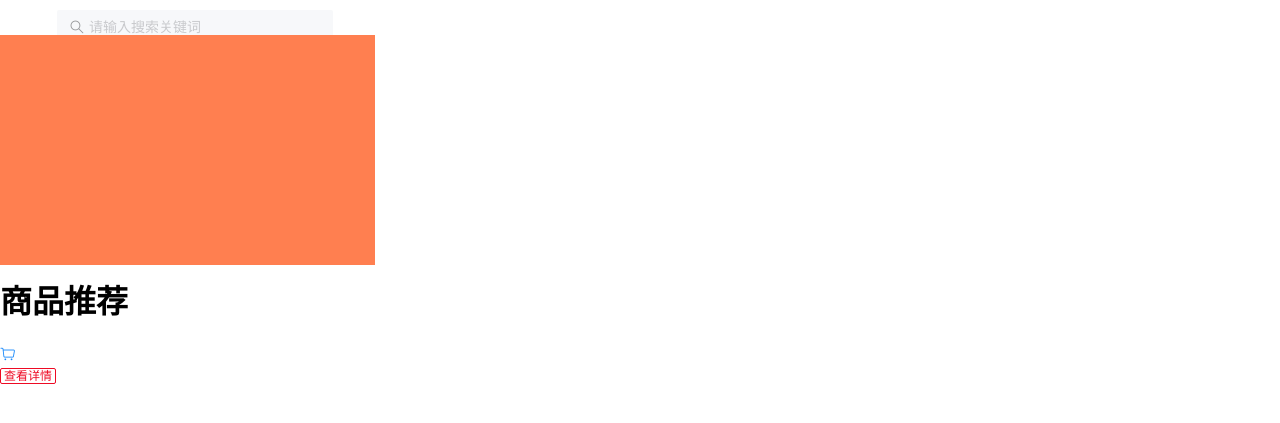
Repository: liyang777777/shangcheng
Page: /
These files come from the project's save history. The page is drawn as it stood at one moment and after the next save; the edit follows.
The browser window is 1280 px wide. The pictures show the whole page.
The page's requests for data from a server got no answer. The project was rebuilt for these pictures with package versions that can differ from the ones it lists, and the page was loaded fresh each time. No one was signed in, and anything a server would have sent is missing. Also part of the build but not shown: vue.config.js. Imported but missing from the stored project, and not drawn on this page: src/views/About.

Above is the page before, as saved 2020-06-23 11:35:54.

### src/main.js
import Vue from 'vue';
import App from './App.vue';
import router from './router';
import store from './store';
import Vant from 'vant';
import 'vant/lib/index.css';
import api from '../src/http/api'
import { Form } from 'vant';
import { Search } from 'vant';
import { Swipe, SwipeItem } from 'vant';
import { Image as VanImage } from 'vant';
import { Card } from 'vant';
import { Icon } from 'vant';

Vue.config.productionTip = false
Vue.use(Vant);
Vue.prototype.$api = api
Vue.use(Form);
Vue.use(Search);
Vue.use(Swipe);
Vue.use(SwipeItem);
Vue.use(VanImage);
Vue.use(Card);
Vue.use(Icon);

new Vue({
  router,
  store,
  render: h => h(App)
}).$mount('#app')

### src/App.vue
<template>
  <div id="app">

    <router-view/>
  </div>
</template>

<style lang="scss">

</style>

### src/router/index.js
import Vue from 'vue'
import VueRouter from 'vue-router'
import Home from '../views/Home.vue'


Vue.use(VueRouter)

  const routes = [
  {
    path: '/',
    name: 'Home',
    component: Home
  },
  {
    path: '/about',
    name: 'About',

    component: () => import('../views/About')
  },
  {
    path: '/details',
    name: 'Details',

    component: () => import('../views/details/Details')
  },
  {
    path: '/login',
    name: 'Login',

    component: () => import('../views/login/Login')
  }
]

const router = new VueRouter({
  mode: 'history',
  base: process.env.BASE_URL,
  routes
})

export default router

### src/store/index.js
import Vue from 'vue'
import Vuex from 'vuex'

Vue.use(Vuex)

export default new Vuex.Store({
  state: {
    slides: [],
    category: [],
    recommend: []
  },
  mutations: {
    setSlides(state,data) {
      state.slides = data
    },
    setCategory(state,data) {
      state.category = data
    },
    setRecommend(state,data) {
      state.recommend = data
    }
  },
  actions: {
  },
  modules: {
  }
})

### src/http/api.js
import service from './index'

export default {
    // login(params) {
    //     return service.post('/user/login',params)
    // },
    // 获取首页数据
    getDataHome() {
        return service.get('/recommend')
    },
    // 搜索
    getDataSearch(value) {
        return service.get('/search')
    },
    // 分类查询
    getDataQuery(id) {
        return service.get('/classification?mallSubId=${id}')
    },
    // 查询获取购物车数据
    getDataCart() {
        return service.get('/getCard')
    },
    // 单个商品详情
    getDataSingle() {
        return service.get('/goods/one?id=${id}')
    },
    //  查询用户订单数量
    getDataUser() {
        return service.get('/myOrder/orderNum')
    },
    //  获取登录注册默认验证码
    getDataCode() {
        return service.get('/v1/verify')
    },
    // 查询用户收货地址
    getDataCustomer() {
        return service.get('/getAddress')
    },
    // 查询默认收货地址
    getDataDefault() {
        return service.get('/getDefaultAddress')
    },
    // 查询我的收藏
    getDataCollection() {
        return service.get('/collection/list')
    },
    // 订单查询
    getDataOrquery() {
        return service.get('/getMyOrder')
    },
    // 查询已评价
    getDataEvaluated() {
        return service.get('/alreadyEvaluated')
    },
    // 查询未评价
    getDataNotEvaluated() {
        return service.get('/tobeEvaluated')
    },
    // 购物车加减商品
    getEditCart(count, id, mallPrice) {
        return service.post('/editCart', {
            count,
            id,
            mallPrice
        })
    },
    // 购物车商品删除
    getDeleteShop(id) {
        return service.post('/deleteShop', {
            id
        })
    },
    // 购物车支付页面
    getder(address, tel, orderld, totalPrice, idDirect, count) {
        return service.post('/order', {
            address,
            tel,
            orderld,
            totalPrice,
            idDirect,
            count
        })
    },
    // 收藏单个商品
    getCollection(goods) {
        return service.post('/collection', {
            goods
        })
    },
    // 取消收藏
    getCancelCollection(id) {
        return service.post('/cancelCollection', {
            id
        })
    },
    // 查询商品是否已收藏
    getIsCollection(id) {
        return service.post('/isCollection', {
            id
        })
    },
    // 加入购物车
    getAddShop(id) {
        return service.post('/addShop', {
            id
        })
    },
// 退出登录
    getLoginOut() {
        return service.post('/loginOut')
    },
    // 获取用户信息
    getQueryUser() {
        return service.post('/queryUser')
    },
    // 修改保存用户信息
    getSaveUser() {
        return service.post('/saveUser', {
            year,
            month,
            day,
            id,
            nickname
        })
    },
    // 商品评论
    getGoodsOne() {
        return service.post('/goodsOne/comment', {
            id,
            rate,
            content,
            anonymous,
            _id,
            order_id,
            image
        })
    },
    // 设置默认收货地址
    getSetDefaultAddress() {
        return service.post('/setDefaultAddress',{
            id
        })
    },
    // 增加收货地址
    getName() {
        return service.post('/address', {
            name,
            tel,
            address,
            isDefault,
            province,
            city,
            county,
            addressDetail,
            areaCode,
            id
        })
    },
    // 删除地址
    getDeleteAddress() {
        return service.post('/deleteAddress',{
            id
        })
    },
    // 注册
    getRegister() {
        return service.post('/register',{
            nickname,
            password,
            verify
        })
    },
    // 登录
    getLogin() {
        return service.post('/login',{
            nickname,
            password,
            verify
        })
    },
    // 查询单条评论
    getEluateOne() {
        return service.post('/evaluateOne',{
            id,
            _id
        })
    }
}

### src/views/Home.vue
<template>
  <div class="All">
    <div>
      <Nav></Nav>
    </div>
    <div>
      <Roc></Roc>
    </div>
     <div>
      <Mip></Mip>
    </div>
     <div>
      <Prre></Prre>
    </div>
  </div>
</template>

<script>
import axios from "axios";
import Nav from "../components/Nav";
import Roc from "../components/Roc";
import Mip from "../components/Mip"
import Prre from "../components/Prre"
export default {
  name: "",
  props: {},
  components: {
    Nav,
    Roc,
    Mip,
    Prre
  },
  data() {
    return {};
  },
  methods: {},
  mounted() {
    this.$api
      .getDataHome()
      .then(res => {
        this.$store.commit("setSlides", res.data.slides);
        this.$store.commit("setCategory",res.data.category)
        this.$store.commit("setRecommend",res.data.recommend)
        console.log(res.data.recommend);
      })
      .catch(err => {
        console.log(err);
      });
  },
  watch: {},
  computed: {}
};
</script>

<style scoped lang='scss'>

</style>

### src/http/index.js
import axios from 'axios'
const service = axios.create({
    baseURL: '/api',
    timeout: 10000
})


service.interceptors.response.use( res => {
    return res.data
})


export default service

### src/components/Nav.vue
<template>
  <!-- 顶部 -->
  <div class="content">
    <div class="box2">
      <van-search v-model="value" placeholder="请输入搜索关键词" />
    </div>
  </div>
</template>

<script>
import { Toast } from "vant";
export default {
  name: "",
  props: {},
  components: {},
  data() {
    return {
      value: ""
    };
  },
  methods: {},
  mounted() {},
  watch: {},
  computed: {}
};
</script>

<style scoped lang='scss'>
.box2 {
  width: 300px;
  height: 25px;
  margin-left: 45px;
  font-size: 18px;
}
</style>

### src/components/Roc.vue
<template>
<!-- 轮播图 -->
  <div class="box">
    <van-swipe :autoplay="3000">
      <van-swipe-item v-for="(item, index) in slides" :key="index">
        <img v-lazy="item.image" class="img">
      </van-swipe-item>
    </van-swipe>
  </div>
</template>

<script>
import Vue from "vue";
import { Lazyload } from "vant";
Vue.use(Lazyload);

export default {
  name: "",
  props: {

  },
  components: {},
  data() {
    return {

    };
  },
  methods: {},
  mounted() {},
  watch: {},
  computed: {
    slides() {
      return this.$store.state.slides;
    }
  }
};
</script>

<style scoped lang='scss'>
.img {
    width: 375px;
    height: 200px;
    margin-top: 30px;
}
</style>

### src/components/Mip.vue
<template>
  <!-- 中间部分 -->
  <div>
    <div class="box">
      <div v-for="(item,index) in category" :key="index" class="box1">
        <img :src="item.image" class="img" />
        <div class="name">{{item.mallCategoryName}}</div>
      </div>
      <div>
        <img src="https://images.baixingliangfan.cn/advertesPicture/20180404/20180404085441_850.gif" class="img1">
      </div>
    </div>
  </div>
</template>

<script>
export default {
  name: "",
  props: {},
  components: {},
  data() {
    return {};
  },
  methods: {},
  mounted() {},
  watch: {},
  computed: {
    category() {
      return this.$store.state.category;
    }
  }
};
</script>

<style scoped lang='scss'>
.box {
  width: 375px;
  height: 230px;
  display: flex;
  position: relative;
  background: coral;
  top: 10px;
}
.img {
  width: 50px;
  height: 50px;
  margin-left: 20px;
  margin-top: 20px;
}
.name {
  margin-left: 10px;
}
.img1 {
  width: 300px;
  height: 50px;
  margin-top: 120px;
  margin-left: -300px;
}
</style>

### src/components/Prre.vue
<template>
  <!-- 商品推荐 -->
  <div>
    <div>
      <h1>商品推荐</h1>
    </div>
    <div>
      <div v-for="(item,index) in recommend" :key="index">
        <div>
          <img :src="item.image" class="img" />
        </div>
        <div>{{item.goodsName}}</div>
        <div>{{item.mallPrice}}</div>
        <div>{{item.price}}</div>
      </div>
    </div>
    <div>
      <van-icon name="cart-o" color="#1989fa" />
    </div>
    <div>
      <van-tag plain type="danger">查看详情</van-tag>
    </div>
  </div>
</template>

<script>
export default {
  name: "",
  props: {},
  components: {},
  data() {
    return {};
  },
  methods: {},
  mounted() {},
  watch: {},
  computed: {
    recommend() {
      return this.$store.state.recommend;
    }
  }
};
</script>

<style scoped lang='scss'>
</style>

Loaded but not shown: public/index.html (common file)

After the next save:
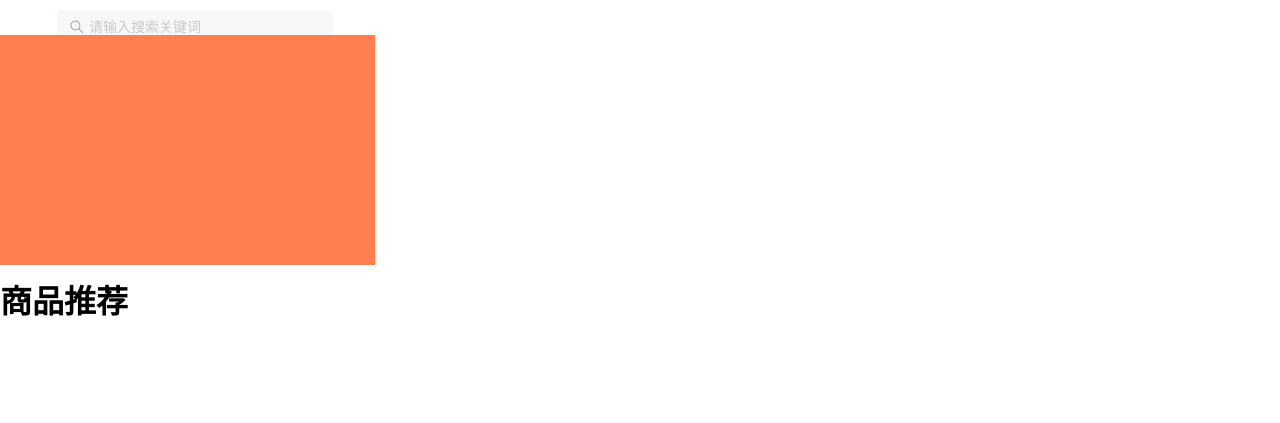
Saved 2 min 15 s later.
--- a/src/components/Prre.vue
+++ b/src/components/Prre.vue
@@ -12,13 +12,9 @@
         <div>{{item.goodsName}}</div>
         <div>{{item.mallPrice}}</div>
         <div>{{item.price}}</div>
+        <van-icon name="cart-o" color="#1989fa" />
+        <van-tag plain type="danger">查看详情</van-tag>
       </div>
-    </div>
-    <div>
-      <van-icon name="cart-o" color="#1989fa" />
-    </div>
-    <div>
-      <van-tag plain type="danger">查看详情</van-tag>
     </div>
   </div>
 </template>
